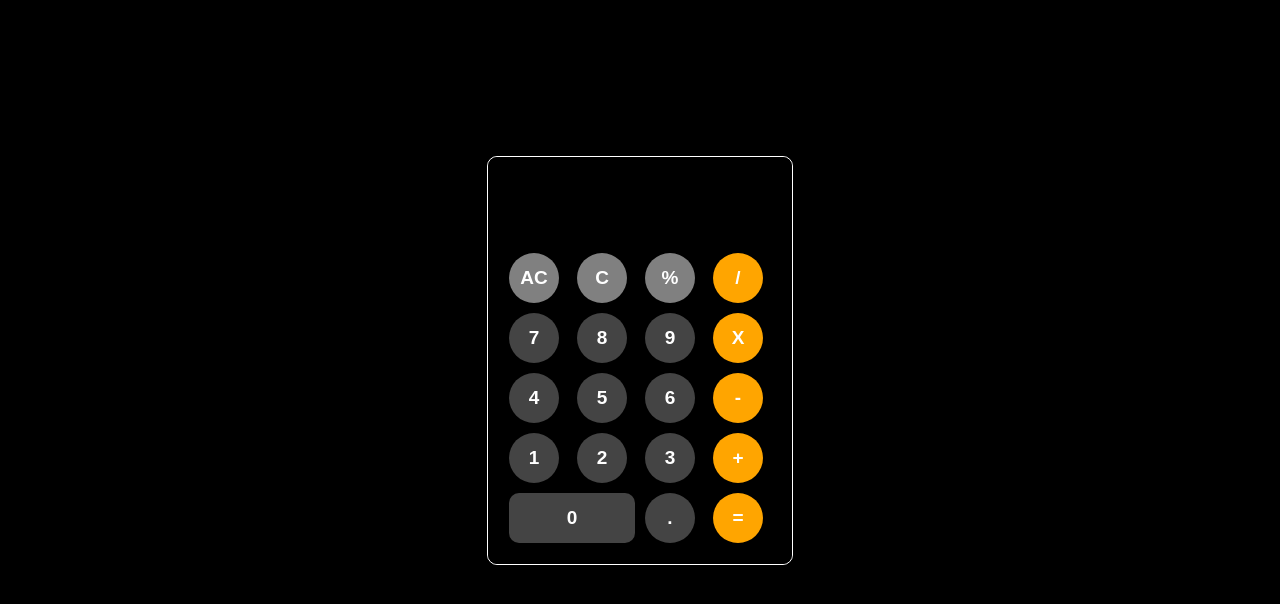
Repository: dmpelaez/calculator
Page: Calculator.html
These files come from the project's save history. The page is drawn as it stood at one moment and after the next save; the edit follows.
The browser window is 1280 px wide. The pictures show the whole page.

Above is the page before, as saved 2025-12-15 22:56:20.

After the next save:
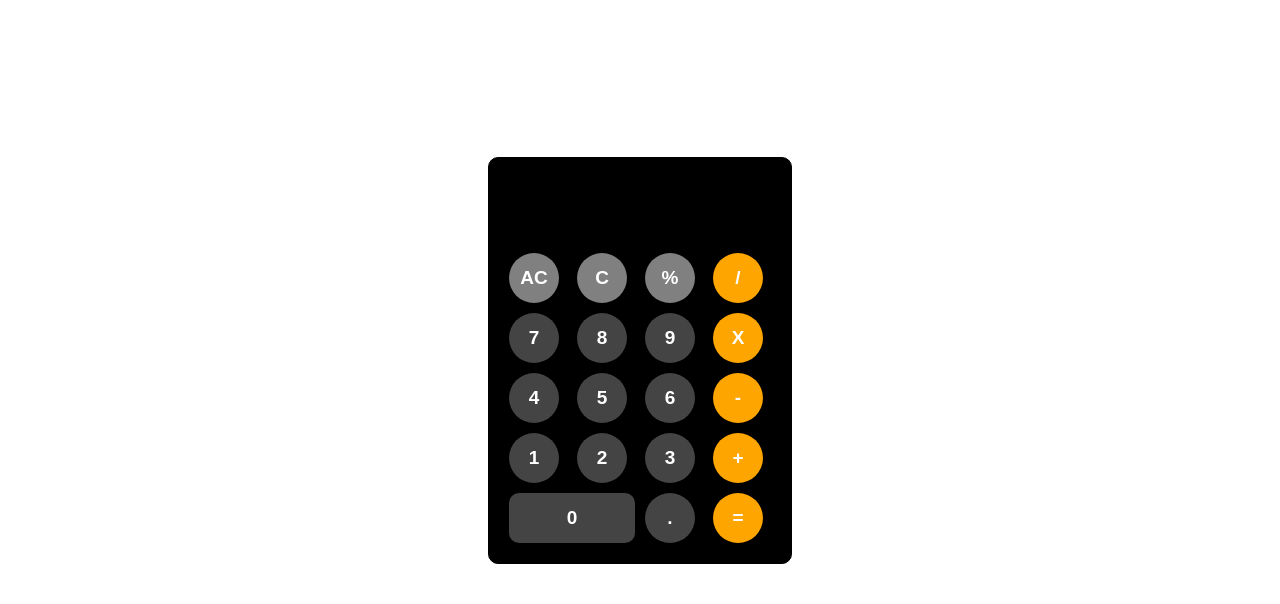
Saved 13 s later.
--- a/Calculator.css
+++ b/Calculator.css
@@ -6,7 +6,7 @@ body {
   align-items: center;
   justify-content: center;
   height: 100vh;
-  background: black;
+  background: rgb(255, 255, 255);
 }
 
 .container {
